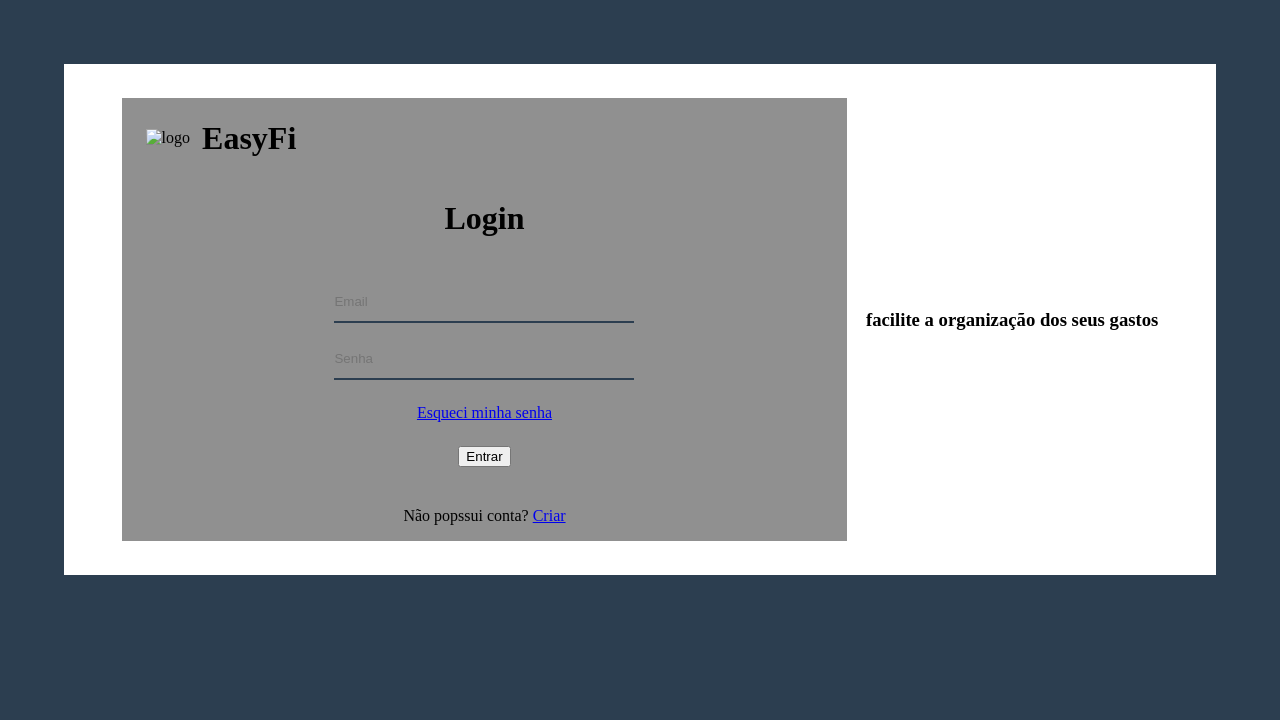
Repository: Ingridiag/projeto-engenharia
Page: login.html
An editor plug-in stored every save of this project. The page is shown before and after a run of saves, followed by the edit.
The browser window is 1280 px wide. The pictures show the whole page.

Above is the page before, as saved 2024-10-28 15:38:59.

After the next 3 saves:
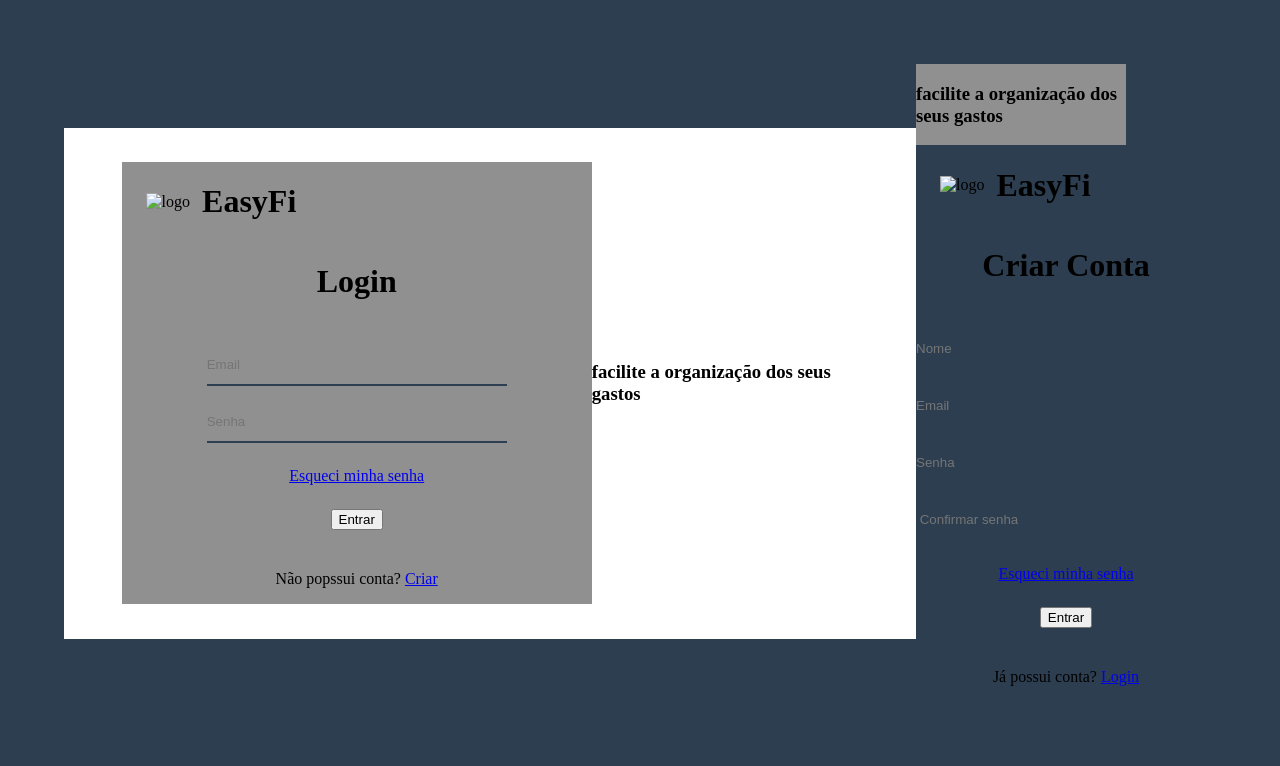
The 3 saves are shown as one change because they came seconds apart.
The last was saved 9 s later.
--- a/style.css
+++ b/style.css
@@ -54,6 +54,7 @@ body {
    color: #2C3E50;
 
 }
+.class="uses"
 
 .cadastro{
     display: none;

After the 6 saves that followed:
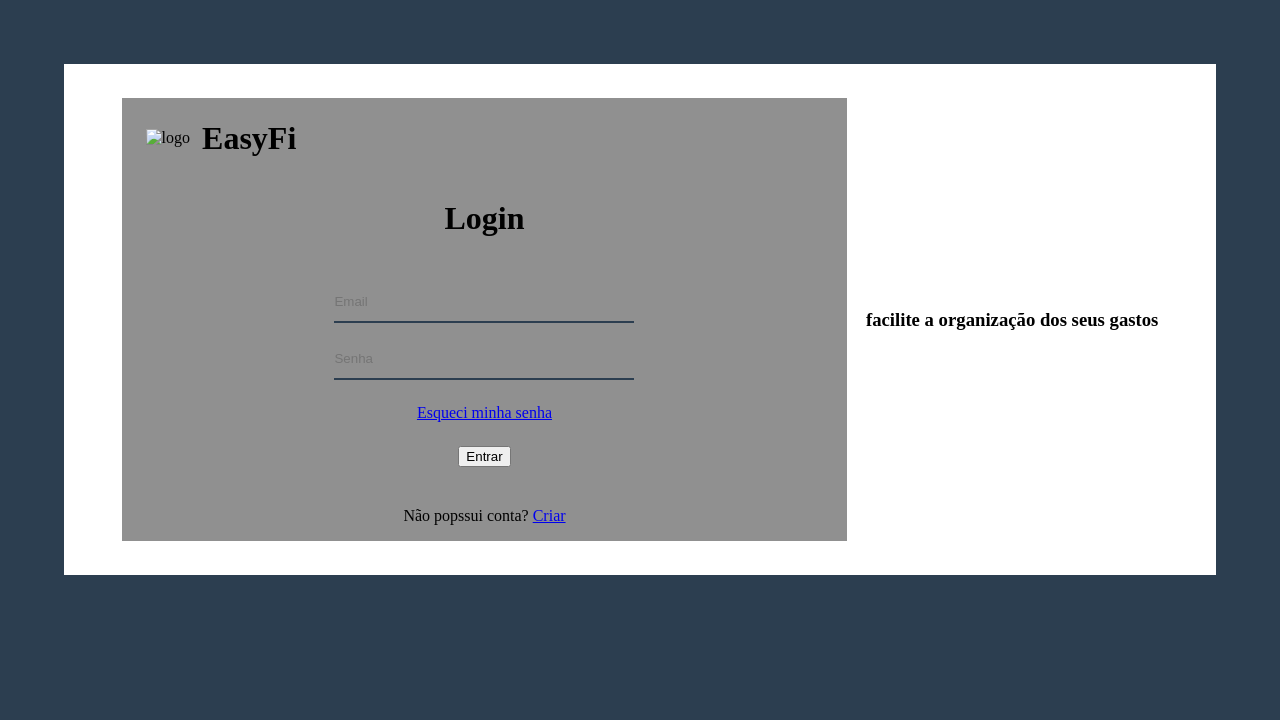
The 6 saves are shown as one change because 3 left the picture as it was and some came seconds apart.
The last was saved 80 s later.
--- a/style.css
+++ b/style.css
@@ -54,7 +54,9 @@ body {
    color: #2C3E50;
 
 }
-.class="uses"
+.uses{
+
+}
 
 .cadastro{
     display: none;
